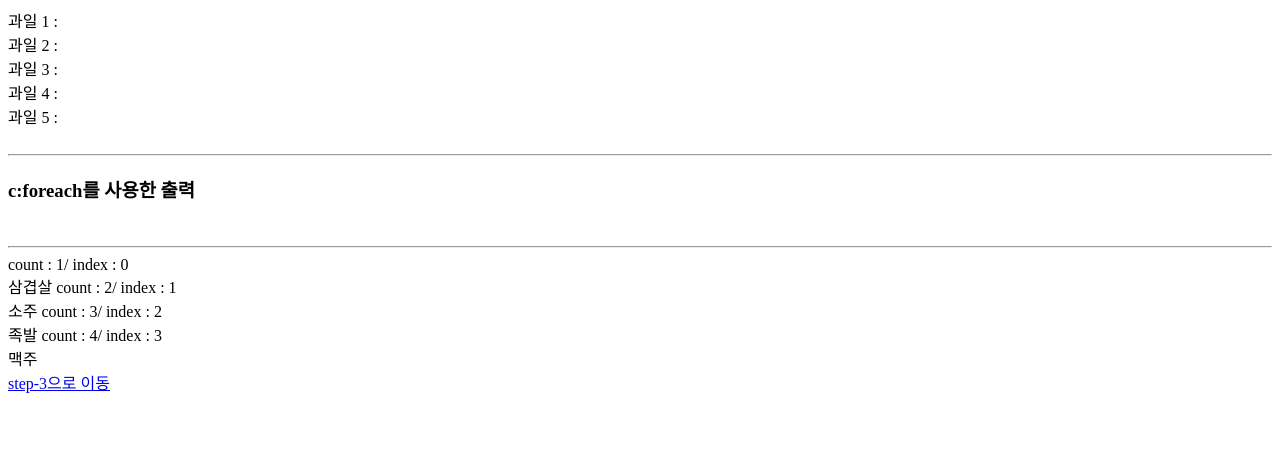
Repository: saeeeem2/2023JSTL
Page: http://localhost/jstl_study/step-4.jsp
An editor plug-in stored every save of this project. The page is shown before and after the next save, followed by the edit.
The browser window is 1280 px wide. The pictures show the whole page.
The page is served by Tomcat 9. Other server files are loaded and not shown.

Above is the page before, as saved 2023-11-23 00:20:30.

### jstl_study/src/main/webapp/step-4.jsp
<%@ page language="java" contentType="text/html; charset=UTF-8"
    pageEncoding="UTF-8"%>
    <%@ taglib uri="http://java.sun.com/jsp/jstl/core" prefix="c"%>
<!DOCTYPE html>
<html>
<head>
<meta charset="UTF-8">
<title>Insert title here</title>
</head>
<body>

과일 1 : ${paramValues.food[0] }<br>
과일 2 : ${paramValues.food[1] }<br>
과일 3 : ${paramValues.food[2] }<br>
과일 4 : ${paramValues.food[3] }<br>
과일 5 : ${paramValues.food[4] }<br>
<br>
<hr>
<h3>c:foreach를 사용한 출력</h3>
<!-- varStatus index(0번지부터 시작), count(1부터 시작) -->
<c:forEach items="${paramValues.food }" var="foods" varStatus="st">

	과일 ${st.index} / ${st.count} : ${foods }<br>

</c:forEach>

<%

	String friends[]={"삼겹살","소주","족발","맥주"};
	//java Controller에서 jsp로 데이터를 보낼 때 사용
	request.setAttribute("f",friends);

%>
<br><hr>
<c:forEach items="${requestScope.f }" var="fname" varStatus="st"> <!-- requestScope는 생략 가능 -->
	count : ${st.count }/
	index : ${st.index }<br>

	${fname }

</c:forEach>
<br>

<a href="step-3.jsp">step-3으로 이동</a>

</body>
</html>

After the next save:
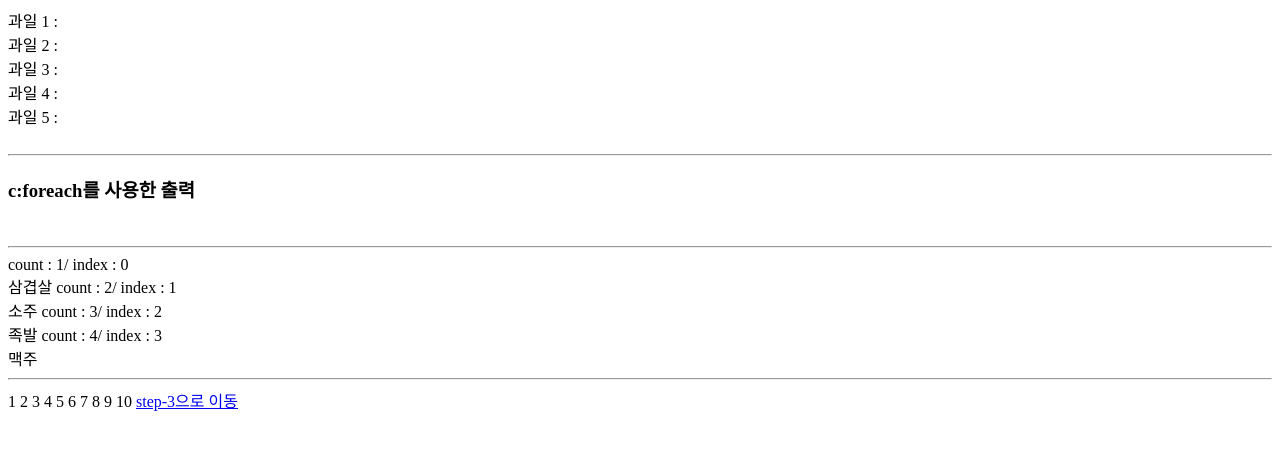
Saved 115 s later.
--- a/jstl_study/src/main/webapp/step-4.jsp
+++ b/jstl_study/src/main/webapp/step-4.jsp
@@ -40,6 +40,11 @@
 
 </c:forEach>
 <br>
+<hr>
+
+<c:forEach begin="1" end="10" var="i">
+	${i }
+</c:forEach>
 
 <a href="step-3.jsp">step-3으로 이동</a>
 
